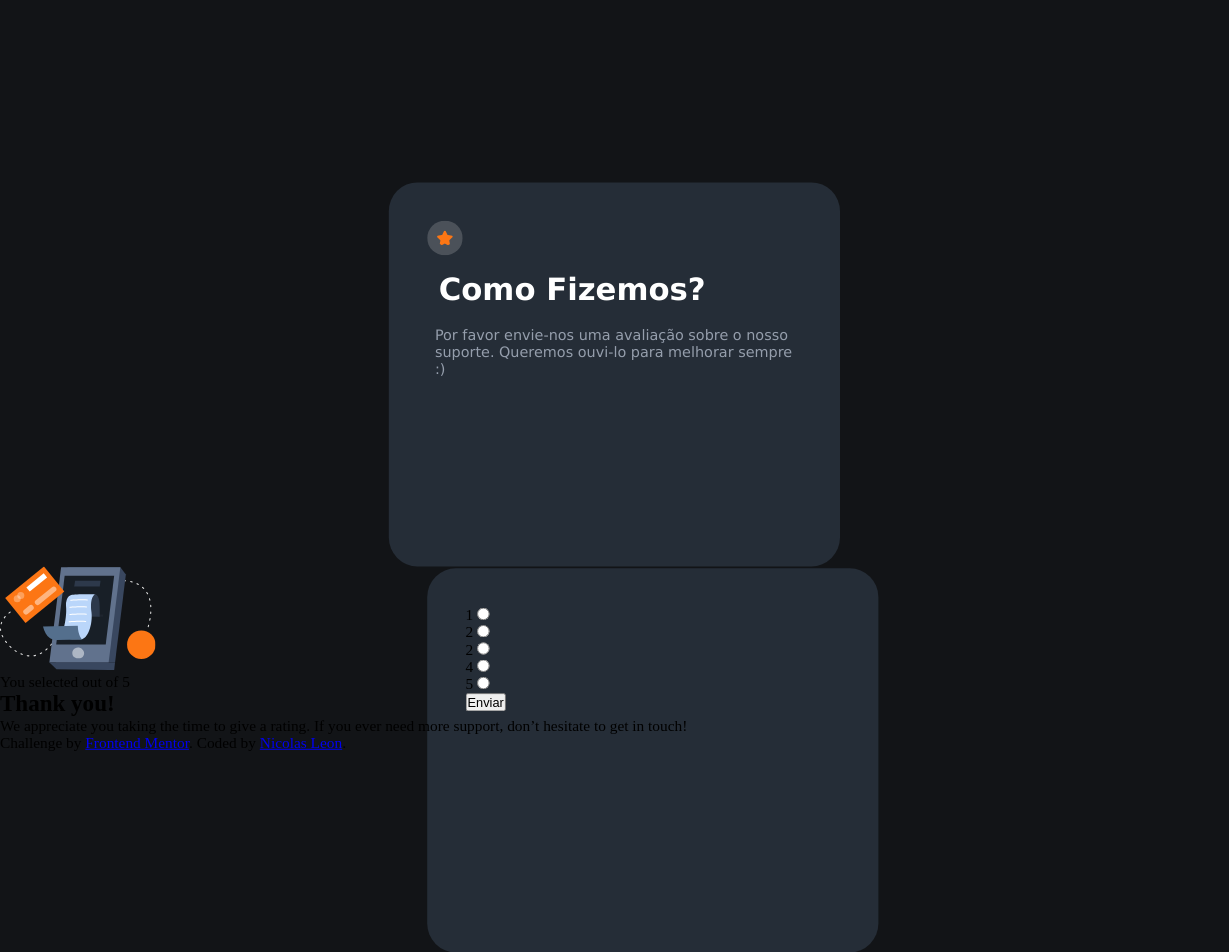
Repository: Leonngc/projeto-avaliacao
Page: index.html
The author's editor kept a copy of each file at every save. The page is drawn from the files as they stood at one save, then again after the next save.
The browser window is 1280 px wide. The pictures show the whole page, at 96% of full size.

Above is the page before, as saved 2023-01-29 20:00:31.
Console error: SyntaxError: Unexpected token ')'

After the next save:
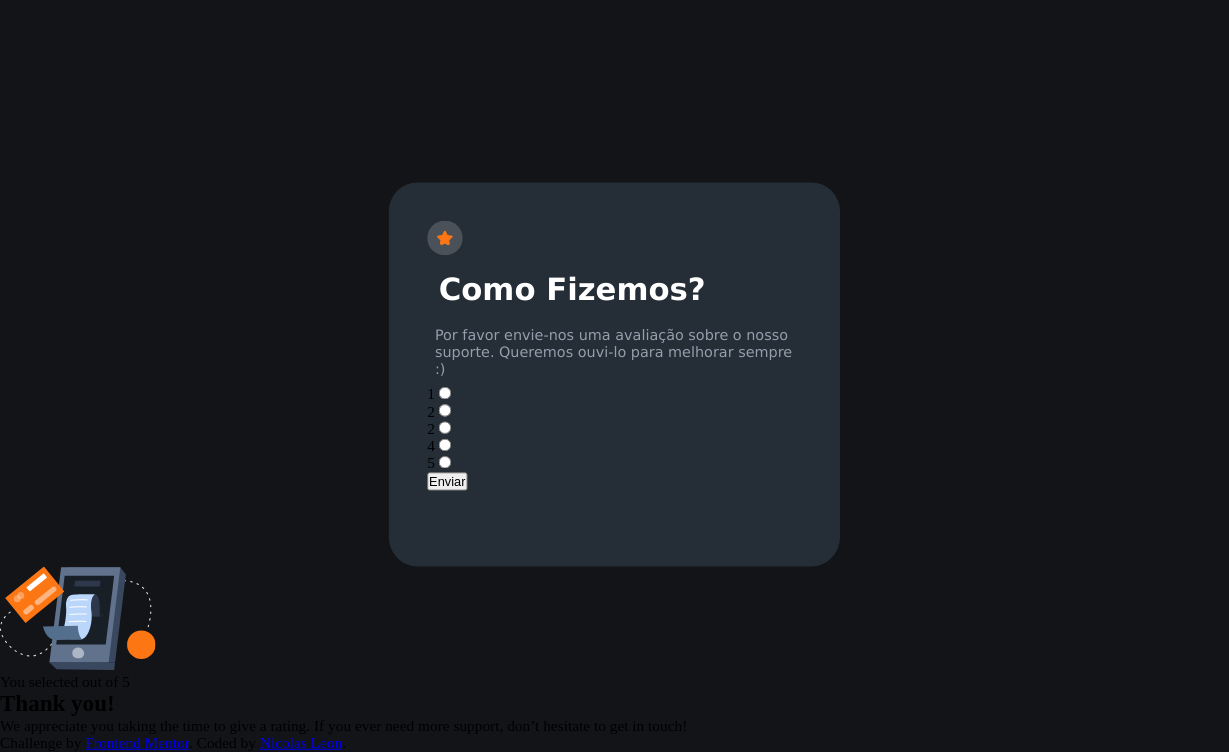
Saved 19 s later.
--- a/index.html
+++ b/index.html
@@ -20,7 +20,7 @@
           <h1>Como Fizemos?</h1>
           <p>Por favor envie-nos uma avaliação sobre o nosso suporte. Queremos ouvi-lo para melhorar sempre :)</p>
         </div>
-        <div id="card">
+        <div id="ratting">
           <div>
             <label for="ratting-one">1</label> <input type="radio" class="ratting-btn" id="ratting-one" name="ratting">
           </div>
